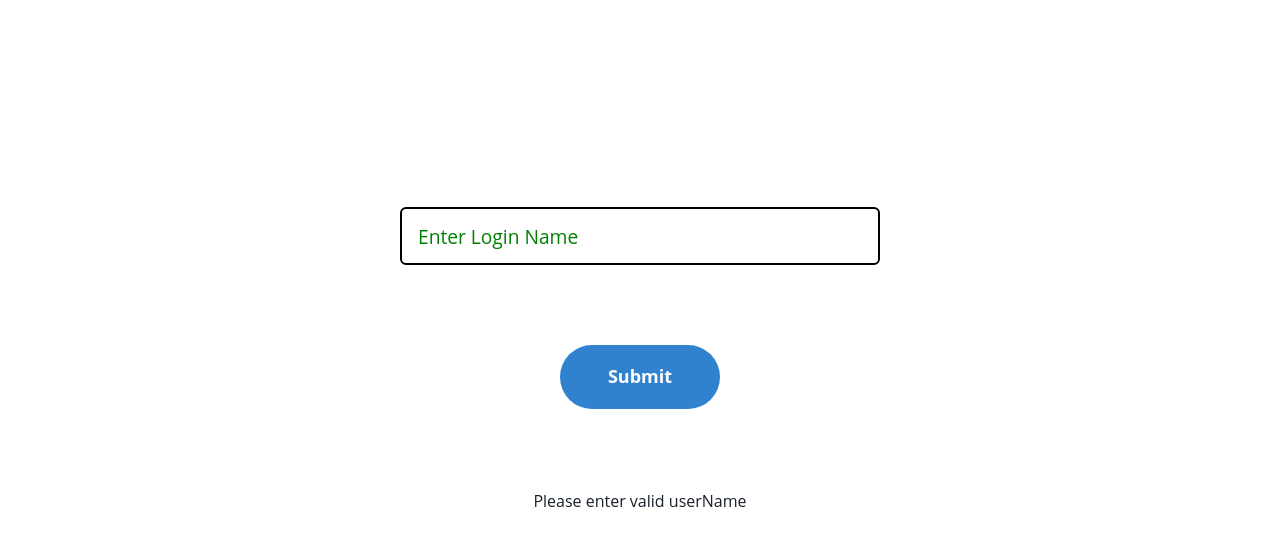
Repository: sagarjain738/lrcgame
Page: /login, after clicking the first element matching `button.chakra-button`
An editor plug-in stored every save of this project. The page is shown before and after the next save, followed by the edit.
The browser window is 1280 px wide. The pictures show the whole page.
The project was rebuilt for these pictures with package versions that can differ from the ones it lists, and the page was loaded fresh each time. The framework's server and built-in components were replaced by stand-ins that run in the browser. Also part of the build but not shown: next.config.js.

Above is the page before, as saved 2023-08-06 10:02:18.

### src/pages/_app.js
import { theme } from "@/Chakra/theme";
import "@/styles/globals.css";
import { ChakraProvider } from "@chakra-ui/react";
import { QueryClient, QueryClientProvider } from "react-query";
import { ToastContainer } from "react-toastify";
import "react-toastify/dist/ReactToastify.min.css";
import TruckContextProvider from "@/context/truckContext";
import GlobalContextProvider from "@/context/globalContext";

export default function App({ Component, pageProps }) {
  const queryClient = new QueryClient();

  return (
    <QueryClientProvider client={queryClient}>
      <GlobalContextProvider>
        <TruckContextProvider>
          <ChakraProvider theme={theme}>
            <ToastContainer />
            <Component {...pageProps} />
          </ChakraProvider>
        </TruckContextProvider>
      </GlobalContextProvider>
    </QueryClientProvider>
  );
}

### src/pages/login/index.jsx
import { Box, Button, Input, Text } from "@chakra-ui/react";
import axios from "axios";
import { useRouter } from "next/router";
import React, { useEffect, useState } from "react";
import { useMutation } from "react-query";

const Login = () => {
  const [username, setUsername] = useState("");
  const [error, setError] = useState(false);
  const router = useRouter();

  const mutation = useMutation(
    (newTodo) => {
      return axios.post("http://localhost:3000/api/login", newTodo);
    },
    {
      onSuccess: () => {
        return router.replace("/");
      },
    }
  );

  const handleSubmit = () => {
    var nameRegex = /^[a-zA-Z0-9_.]+$/.test(username);

    if (nameRegex) {
      sessionStorage.setItem("username", username);
      sessionStorage.setItem("page", 1);
      mutation.mutate({ username: username });
    } else if (!nameRegex) {
      setError(true);
    }
  };

  return (
    <Box
      width="100vw"
      height="100vh"
      display="grid"
      placeItems="center"
      gap="-10rem"
    >
      <Box display="grid" placeItems="center" gap="5rem">
        <Input
          onChange={(a) => setUsername(a.target.value)}
          value={username}
          maxWidth="35rem"
          width="30rem"
          border="2px solid black"
          p="1.7rem 1rem"
          fontSize="1.2rem"
          placeholder="Enter Login Name"
          _placeholder={{
            color: "green",
          }}
          _hover={{
            border: "2px solid black",
          }}
          _focus={{
            border: "none",
            outline: "none",
          }}
          _active={{
            border: "none",
            outline: "none",
          }}
          _selected={{
            border: "none",
            outline: "none",
          }}
        />

        <Button
          size="lg"
          isLoading={mutation.isLoading}
          width="10rem"
          height="4rem"
          onClick={handleSubmit}
        >
          Submit
        </Button>

        {mutation.isError ? (
          <Text> {mutation.error?.response?.data}</Text>
        ) : null}
        {error && <Text>Please enter valid userName</Text>}
        {mutation.isSuccess ? <Text>Todo added!</Text> : null}
      </Box>
    </Box>
  );
};

export default Login;

### src/Chakra/theme.js
// 1. Import `extendTheme`
import { extendTheme } from "@chakra-ui/react";
import { Button } from "./Button";

// 2. Call `extendTheme` and pass your custom values
export const theme = extendTheme({
  colors: {
    brand: {
      100: "#ff3c00",
    },
  },
  fonts: {
    body: "Open Sans, sans-serif",
  },
  styles: {
    global: () => ({
      body: {
        // bg: "gray.200",
        bg: "white",
      },
    }),
  },
  components: {
    Button,
  },
});

### src/styles/globals.css
@tailwind base;
@tailwind components;
@tailwind utilities;
*,
:root,
html,
::before,
::after {
  padding: 0;
  margin: 0;
  box-sizing: border-box;
  scroll-behavior: smooth;
}
::-webkit-scrollbar {
  width: 10px;
}
::-webkit-scrollbar-track {
  /* border: 1px solid #1f2937; */
  /* background: rgb(174, 172, 172); */
}

::-webkit-scrollbar-thumb {
  background: #1f2937;
}

::-webkit-scrollbar-track:hover {
  /* background: #1f2937; */
}

### src/context/truckContext.js
const { createContext, useReducer, useContext } = require("react");
import reducer from "./reducers/truckReducer";

export const TruckContext = createContext();

const initialState = {
  LoadiId: "",
  TruckNumber: "",
  TruckStatus: "",
};

const TruckContextProvider = ({ children }) => {
  const [state, dispatch] = useReducer(reducer, initialState);

  return (
    <TruckContext.Provider value={{ state, dispatch }}>
      {children}
    </TruckContext.Provider>
  );
};

export const useTruckContext = () => {
  return useContext(TruckContext);
};

export default TruckContextProvider;

### src/context/globalContext.js
const { createContext, useReducer, useContext } = require("react");
import reducer from "./reducers/globalReducer";

export const GlobalContext = createContext();

const initialState = {
  gateName: "All",
  loginUser: "",
};

const GlobalContextProvider = ({ children }) => {
  const [state, dispatch] = useReducer(reducer, initialState);

  return (
    <GlobalContext.Provider value={{ state, dispatch }}>
      {children}
    </GlobalContext.Provider>
  );
};

export const useGlobalContext = () => {
  return useContext(GlobalContext);
};

export default GlobalContextProvider;

### src/Chakra/Button.jsx
export const Button = {
  baseStyle: {
    borderRadius: "60px",
    fontsize: "10pt",
    color: "reb",
    fontWeight: "700",
    _focus: {
      boxShadow: "none",
    },
  },
  sizes: {
    sm: {
      fontSize: "8pt",
    },
    md: {
      fontSize: "10pt",
    },
  },
  variants: {
    solid: {
      color: "white",
      bg: "blue.500",
      _hover: {
        bg: "blue.400",
      },
    },
    outline: {
      color: "blue.500",
      border: "1px solid",
      borderColor: "blue.500",
    },
    oauth: {
      height: "34px",
      border: "1px solid",
      borderColor: "ray.300",
      _hover: {
        bg: "gray.500",
      },
    },
  },
};

### src/context/reducers/truckReducer.js
import { TRUCK_SELECTED } from "@/context/Actions/actions";

export default function truckReducer(state, action) {
  switch (action.type) {
    case TRUCK_SELECTED:
      return {
        LoadId: action.payload.LoadId,
        TruckNumber: action.payload.TruckNumber,
        TruckStatus: action.payload.TruckStatus,
      };

    default:
      return state;
  }
}

### src/context/reducers/globalReducer.js
import { GATE_SELECTED, LOGIN_USER } from "../Actions/actions";

export default function globalReducer(state, action) {
  switch (action.type) {
    case GATE_SELECTED:
      return {
        ...state,
        gateName: action.payload.gateName,
      };
    case LOGIN_USER:
      return {
        ...state,
        loginUser: action.payload.userName,
      };

    default:
      return state;
  }
}

### src/context/Actions/actions.js
export const TRUCK_SELECTED = "TRUCK_SELECTED";
export const GATE_SELECTED = "GATE_SELECTED";
export const LOGIN_USER = "LOGIN_USER";

### tailwind.config.js
module.exports = {
  content: [
    "./app/**/*.{js,ts,jsx,tsx,mdx}",
    "./pages/**/*.{js,ts,jsx,tsx,mdx}",
    "./components/**/*.{js,ts,jsx,tsx,mdx}",

    // Or if using `src` directory:
    "./src/**/*.{js,ts,jsx,tsx,mdx}",
  ],
  theme: {
    extend: {},
  },
  plugins: [],
};

Loaded but not shown: src/pages/_document.js (common file)

After the next save:
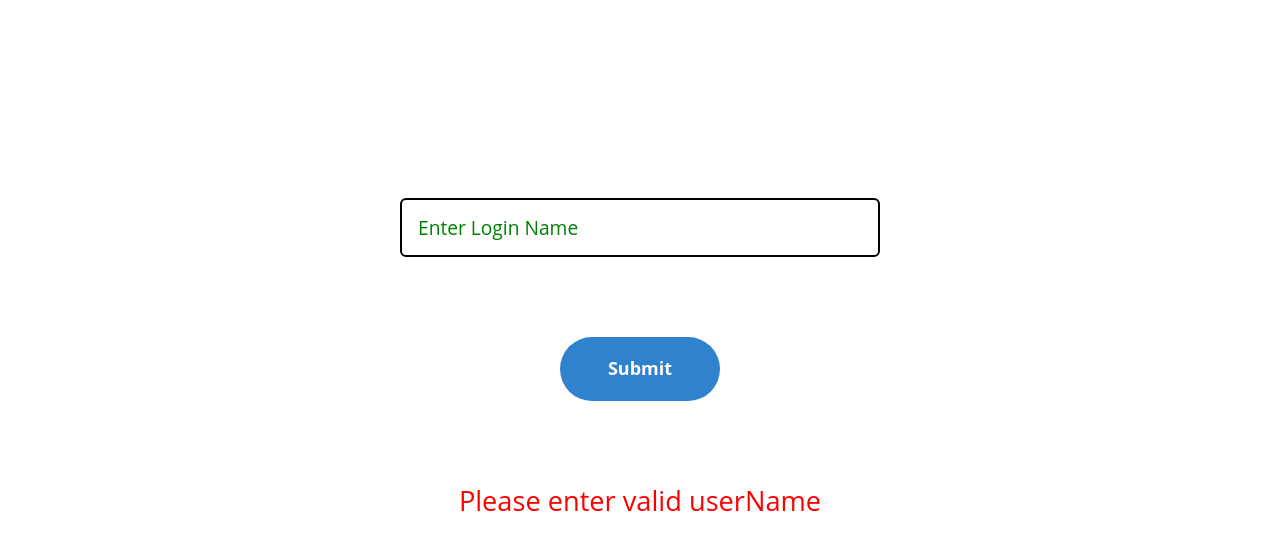
Saved 25 s later.
--- a/src/pages/login/index.jsx
+++ b/src/pages/login/index.jsx
@@ -83,7 +83,11 @@ const Login = () => {
         {mutation.isError ? (
           <Text> {mutation.error?.response?.data}</Text>
         ) : null}
-        {error && <Text>Please enter valid userName</Text>}
+        {error && (
+          <Text color="red" fontSize="1.7rem">
+            Please enter valid userName
+          </Text>
+        )}
         {mutation.isSuccess ? <Text>Todo added!</Text> : null}
       </Box>
     </Box>
